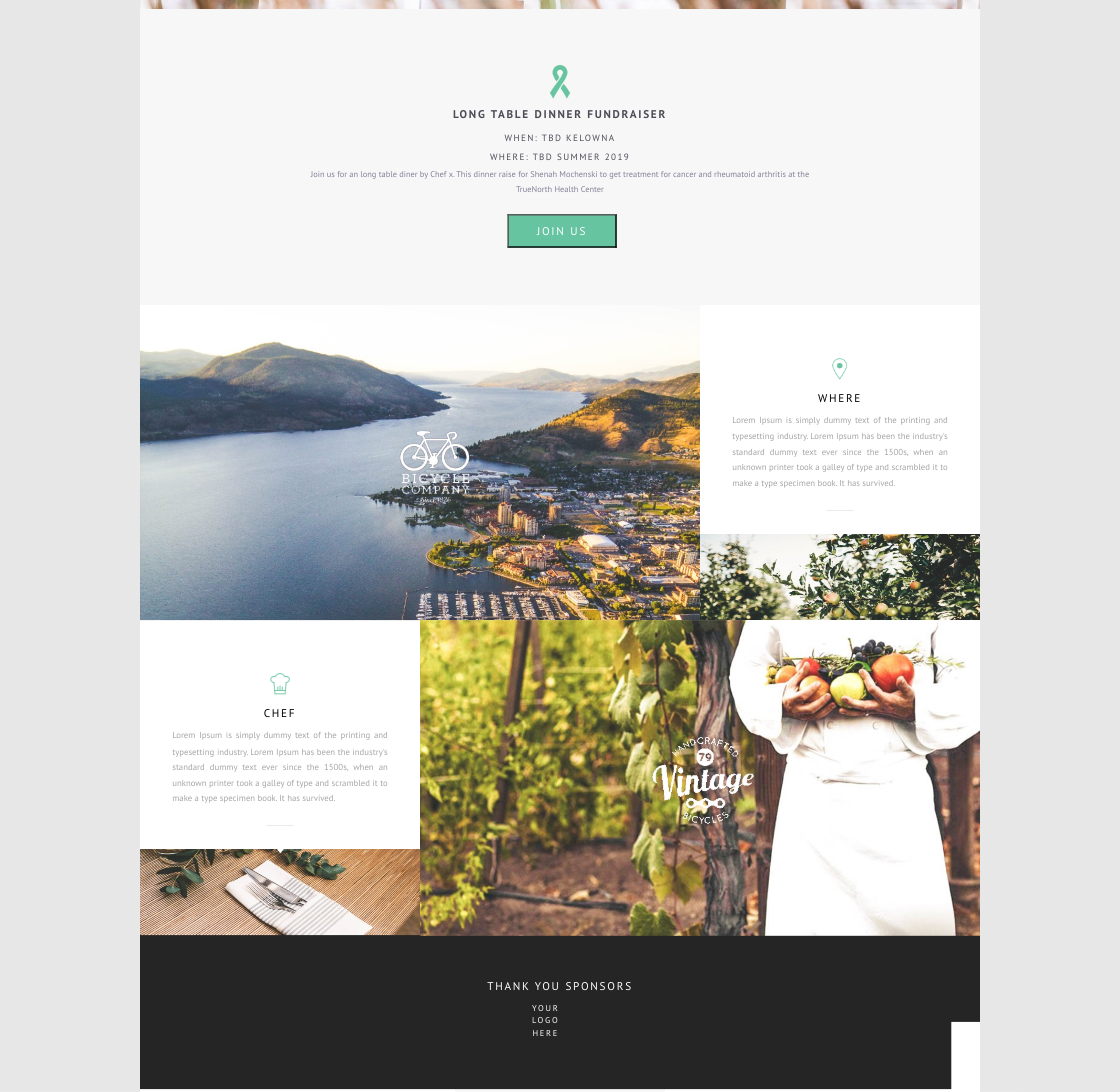
Repository: vancodes/longtable
Page: index.html
These files come from the project's save history. The page is drawn as it stood at one moment and after the next save; the edit follows.
The browser window is 1280 px wide. The page is 1600 px wide, so the pictures cover 1600 px, including what lies to the right of the window. The pictures show the part of the page from y = 737 to 2297 px (the page is 2297 px tall), at 70% of full size.

Above is the page before, as saved 2019-04-08 16:27:58.

After the next save:
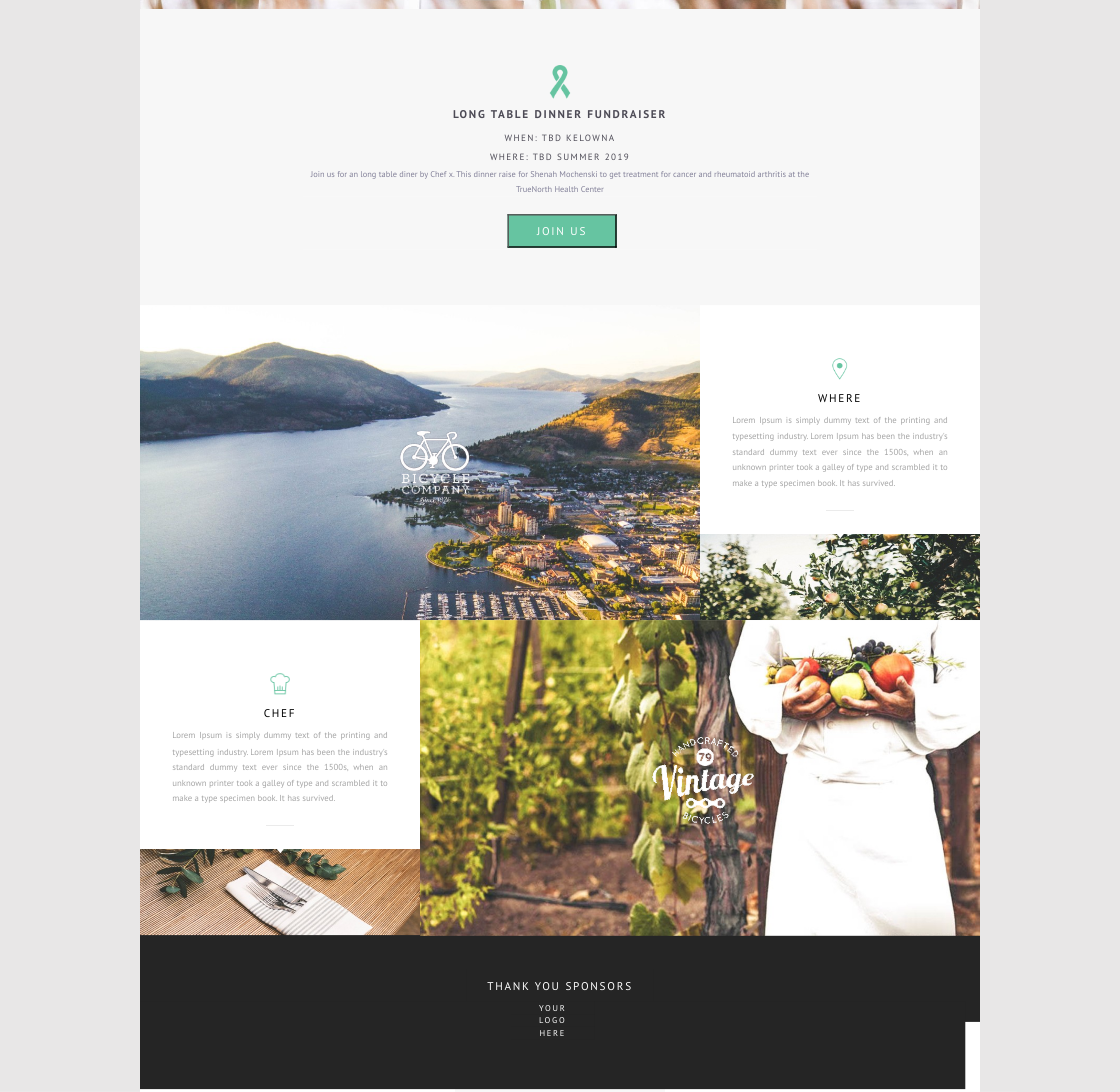
Saved 31 s later.
--- a/index.css
+++ b/index.css
@@ -580,7 +580,7 @@ img {
 
 .sponsor-logo p {
   border: none;
-  padding: 3px 30px;
+  padding: 3px 40px;
   margin: 0 450px;
   font-family: PtSansWebRegular;
   letter-spacing: 2.5px;
